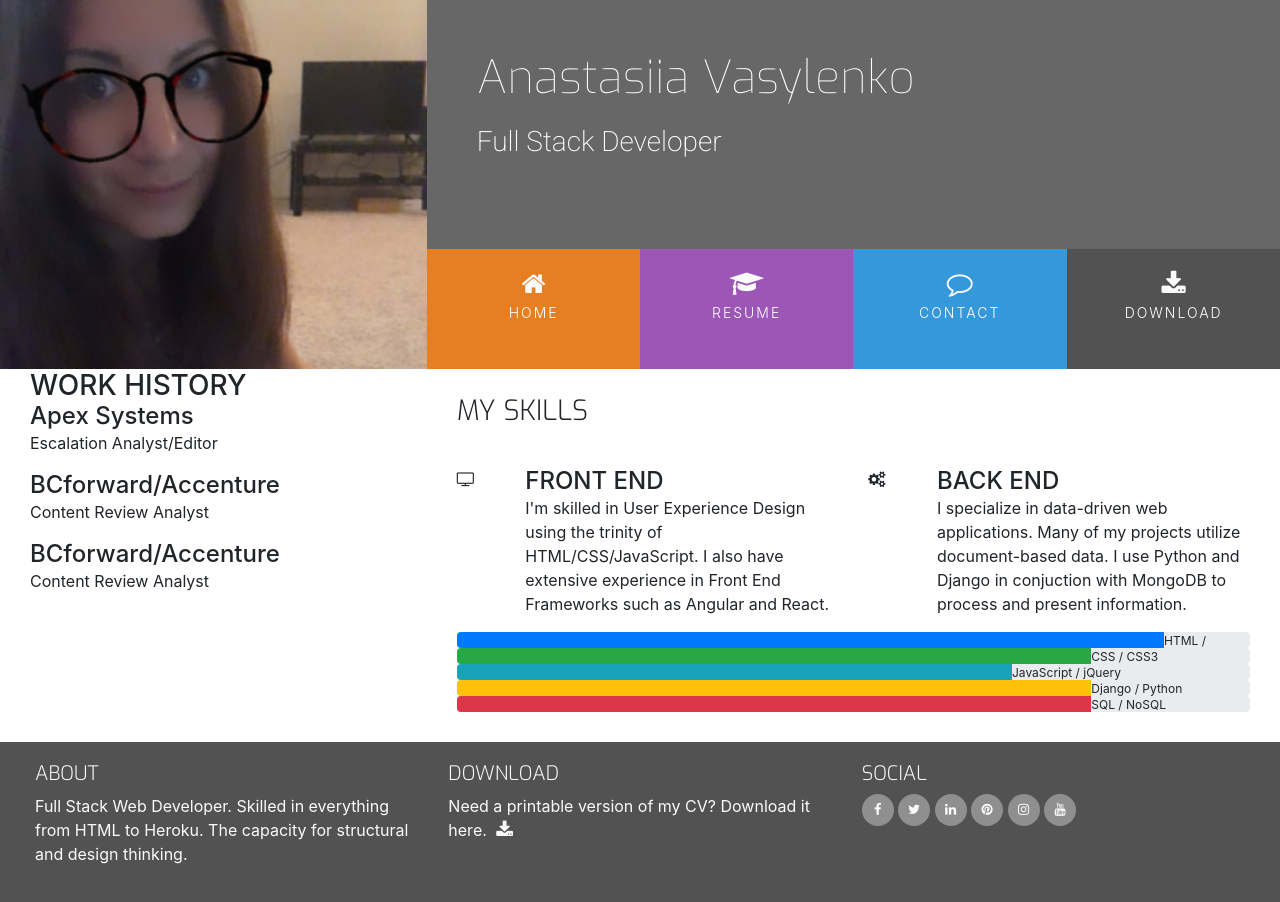
Repository: aavasylenko/myresume
Page: resume.html
The author's editor kept a record of every edit. The page is drawn from the files as they stood at one moment, then again after the next edit.
The browser window is 1280 px wide. The pictures show the whole page.

Above is the page before.

After the next edit:
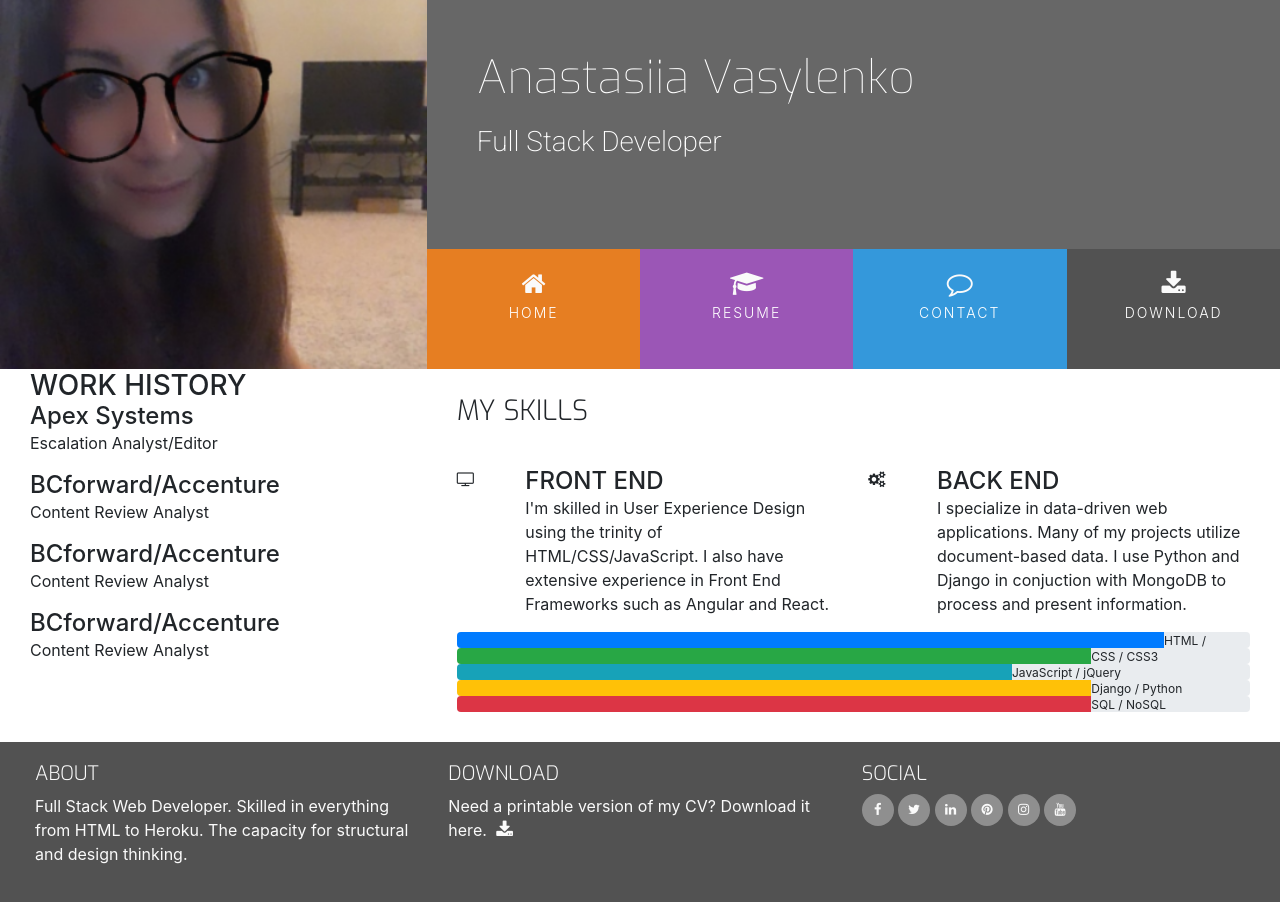
The edit:
--- a/resume.html
+++ b/resume.html
@@ -66,6 +66,10 @@
                     <h4>BCforward/Accenture</h4>
                     <p>Content Review Analyst</p>
                 </div>
+                <div class="timeline-item" data-dates="10/2017 - 06/2018">
+                    <h4>BCforward/Accenture</h4>
+                    <p>Content Review Analyst</p>
+                </div>
             </div>
             <div class="col-md-8 bg-color-three-reasons section-column">
                 <div class="row">
